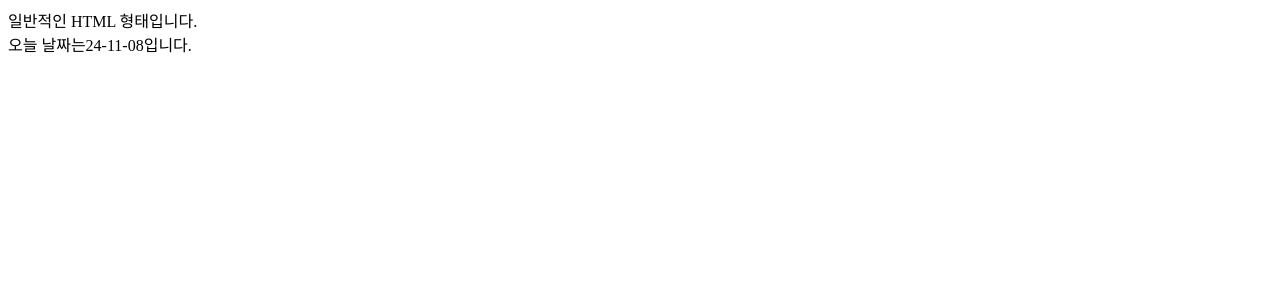
Repository: suji3kr/JSP_data
Page: http://localhost/studyJSP/date_exam.jsp
The author's editor kept a copy of each file at every save. The page is drawn from the files as they stood at one save, then again after the next save.
The browser window is 1280 px wide. The pictures show the whole page.
The page is served by Tomcat 10.

Above is the page before, as saved 2024-11-11 06:24:53.

After the next save:
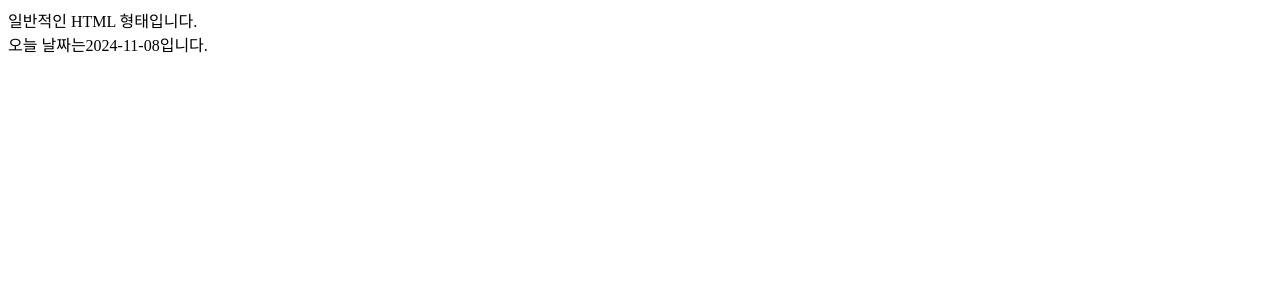
Saved 13 s later.
--- a/studyJSP/src/main/webapp/date_exam.jsp
+++ b/studyJSP/src/main/webapp/date_exam.jsp
@@ -12,7 +12,7 @@
 
 	<%
 		Date date = new Date();
-		SimpleDateFormat simpleDate = new SimpleDateFormat("yy-MM-dd");
+		SimpleDateFormat simpleDate = new SimpleDateFormat("y-MM-dd");
 		String strdate = simpleDate.format(date);
 	%>
 	일반적인 HTML 형태입니다.<br>

After the save that followed:
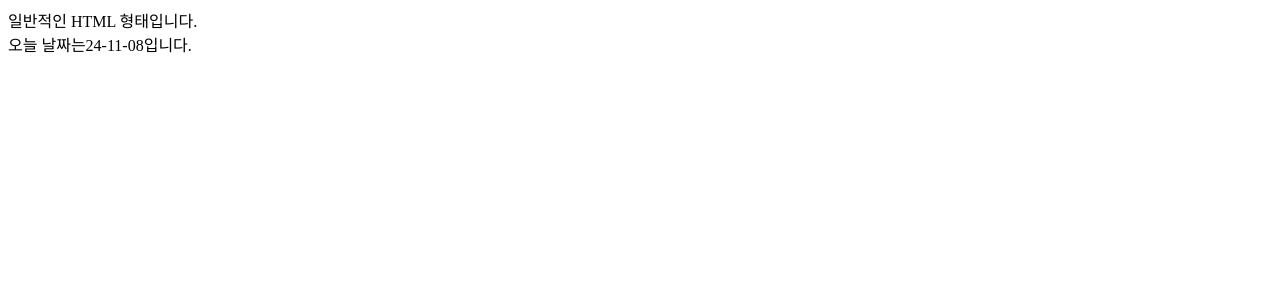
Saved 34 s later.
--- a/studyJSP/src/main/webapp/date_exam.jsp
+++ b/studyJSP/src/main/webapp/date_exam.jsp
@@ -12,7 +12,7 @@
 
 	<%
 		Date date = new Date();
-		SimpleDateFormat simpleDate = new SimpleDateFormat("y-MM-dd");
+		SimpleDateFormat simpleDate = new SimpleDateFormat("yy-MM-dd");
 		String strdate = simpleDate.format(date);
 	%>
 	일반적인 HTML 형태입니다.<br>
